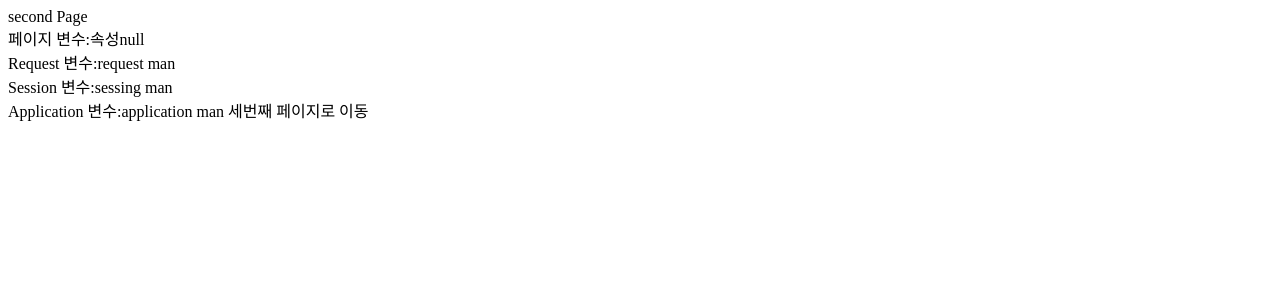
Repository: Sleepingco/HimediaJava
Page: http://localhost/HelloWorld/WEB-INF/views/area/first.jsp
An editor plug-in stored every save of this project. The page is shown before and after the next save, followed by the edit.
The browser window is 1280 px wide. The pictures show the whole page.
The page is served by Tomcat 10. Nobody is signed in. Other server files are loaded and not shown. The template is opened directly, without the code that normally fills it, so the values that code supplies are empty.

Above is the page before, as saved 2023-07-31 06:57:03.

### HelloWorld/src/main/webapp/WEB-INF/views/area/first.jsp
<%@ page language="java" contentType="text/html; charset=UTF-8"
    pageEncoding="UTF-8"%>
<!DOCTYPE html>
<html>
<head>
<meta charset="UTF-8">
<title>First</title>
</head>
<body>
<%	//FrameWork:예를들어 웹페이지를 만들때 로그인이나 회원가입 같은 기능과 화면이 비슷하게 이루어져있어서 반복적으로 만들때 주로쓰는 기능과 screen을 모아놓은것이다
	//Library:같은종류에 함수,메소드를 묶어놓은것
	String name="staname";// == pageContext

	pageContext.setAttribute("name","page man"); //페이지컨텍스트라는 내장객체에대가 name이라는 변수를 선언하고 그안에 page man이라고 값을 넣어준것 아래도 동일
	request.setAttribute("name","request man");	//웹페이지라 다르게 표현한거다
	session.setAttribute("name","sessing man");
	application.setAttribute("name","application man");

	out.print("first Page<br>");
	out.print("페이지 변수:속성"+pageContext.getAttribute("name")+"<br>");
	out.print("Request 변수:"+request.getAttribute("name")+"<br>");
	out.print("Session 변수:"+session.getAttribute("name")+"<br>");
	out.print("Application 변수:"+application.getAttribute("name"));

	request.getRequestDispatcher("second.jsp").forward(request,response);
%>
</body>
</html>

### HelloWorld/src/main/webapp/WEB-INF/views/area/second.jsp
<%@ page language="java" contentType="text/html; charset=UTF-8"
    pageEncoding="UTF-8"%>
<!DOCTYPE html>
<html>
<head>
<meta charset="UTF-8">
<title>Second</title>
</head>
<body>
<%
out.print("second Page<br>");
out.print("페이지 변수:속성"+pageContext.getAttribute("name")+"<br>");
out.print("Request 변수:"+request.getAttribute("name")+"<br>");
out.print("Session 변수:"+session.getAttribute("name")+"<br>");
out.print("Application 변수:"+application.getAttribute("name"));
%>
<a herf="/third">세번째 페이지로 이동</a>
</body>
</html>

After the next save:
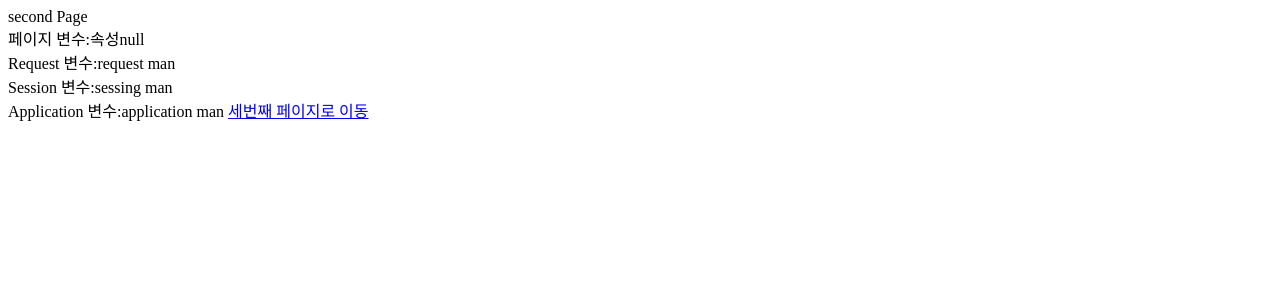
Saved 13 s later.
--- a/HelloWorld/src/main/webapp/WEB-INF/views/area/second.jsp
+++ b/HelloWorld/src/main/webapp/WEB-INF/views/area/second.jsp
@@ -14,6 +14,6 @@ out.print("Request 변수:"+request.getAttribute("name")+"<br>");
 out.print("Session 변수:"+session.getAttribute("name")+"<br>");
 out.print("Application 변수:"+application.getAttribute("name"));
 %>
-<a herf="/third">세번째 페이지로 이동</a>
+<a href="/third">세번째 페이지로 이동</a>
 </body>
 </html>
